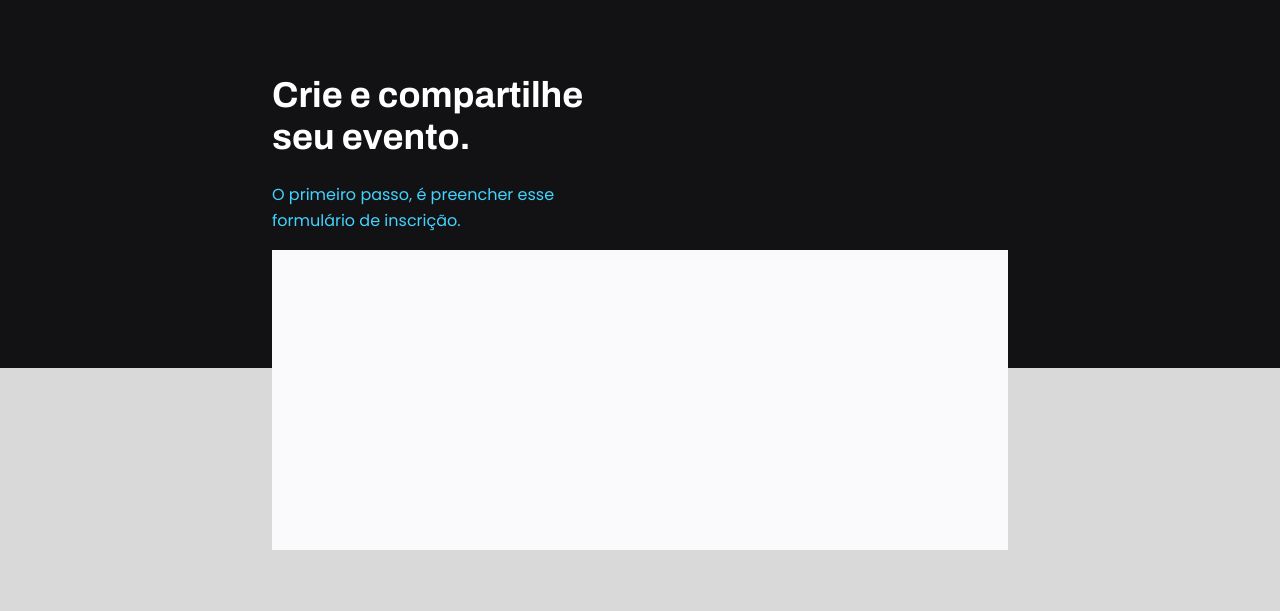
Repository: devMuriloOliveira/Formulario
Page: index.html
An editor plug-in stored every save of this project. The page is shown before and after the next save, followed by the edit.
The browser window is 1280 px wide. The pictures show the whole page.

Above is the page before, as saved 2023-10-30 19:43:32.

After the next save:
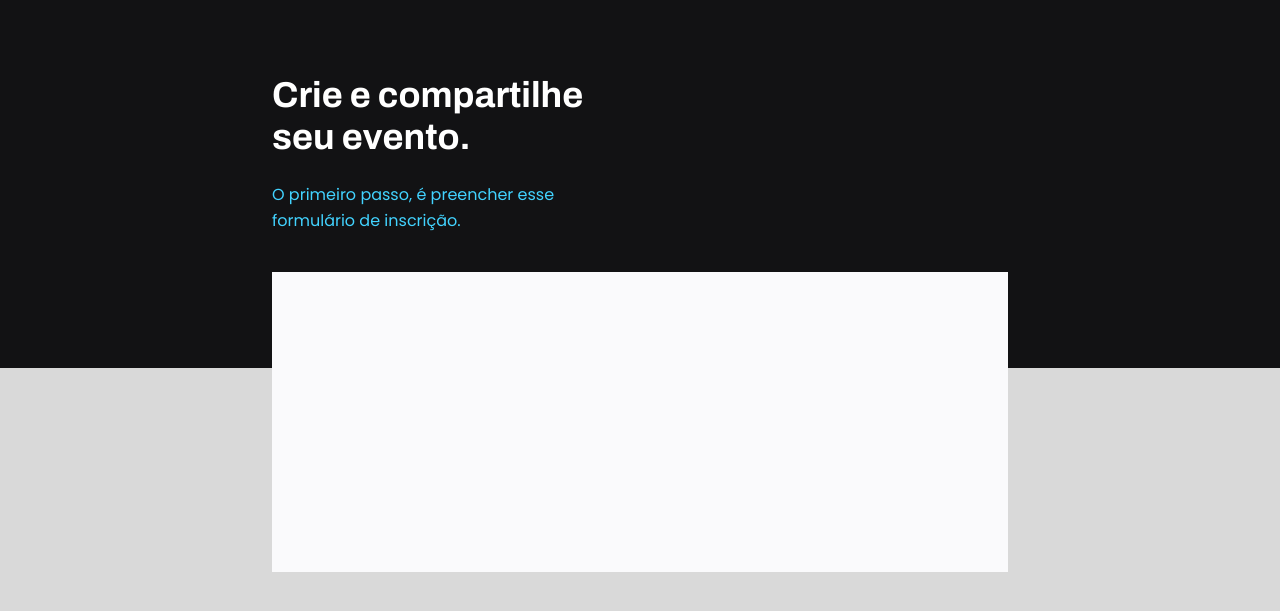
Saved 15 s later.
--- a/style.css
+++ b/style.css
@@ -42,6 +42,7 @@ header p{
 }
 
 form{
+  margin-top: 38px;
   background: #FAFAFC;
 
   min-height: 300px;
